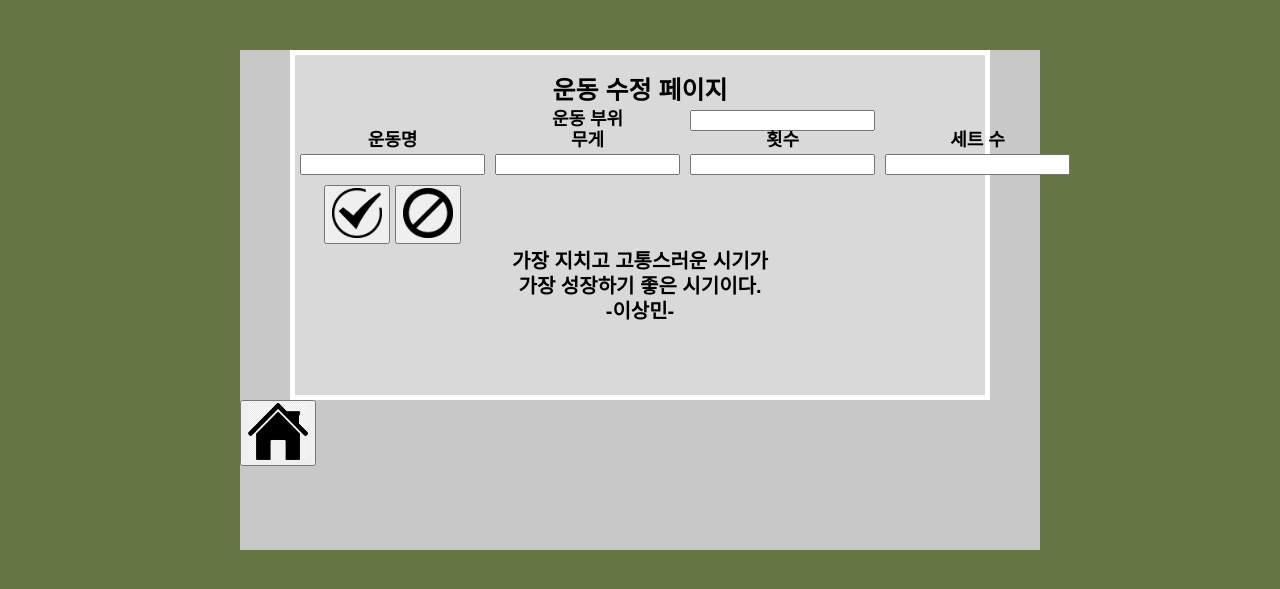
Repository: Up-Min/hrdkorea
Page: http://localhost/jsp_workout/wk_edit.jsp
These files come from the project's save history. The page is drawn as it stood at one moment and after the next save; the edit follows.
The browser window is 1280 px wide. The pictures show the whole page.
The page is served by Tomcat 9. Other server files are loaded and not shown. The template is opened directly, without the code that normally fills it, so the values that code supplies are empty.

Above is the page before, as saved 2022-12-31 07:38:35.

### jsp_workout/src/main/webapp/wk_edit.jsp
<%@ page language="java" contentType="text/html; charset=UTF-8"
    pageEncoding="UTF-8"%>
    <%@ taglib prefix="c" uri="http://java.sun.com/jsp/jstl/core"%>
<!DOCTYPE html>
<html style="background-color: #667643;">
<head>
<meta charset="UTF-8">
<title>Insert title here</title>
<link rel="stylesheet" href="./css/style.css" />
</head>
<style>




body{
width: 800px;
height : 500px;
margin: 0 auto;
}

.workout{

width: 700px;
	height : 350px;
	text-align: center;
	color: black;
	border: 5px solid white;
	margin: 0 auto;
	margin-top: 50px;
	font-size: 18px;
	background-color: #D9D9D9;
}

.title{
	font-size: 25px;
	line-height: 30px;
	padding: 5px;
	margin-top: 15px;
}

table{
	margin-top:10px;
	text-align: center;
	margin: 0 auto;

}

tr{
margin-top: 5px;
	padding: 5px;
}


td{
	padding: 5px;
}

.good{
	font-size: 20px;
	line-height: 25px;
}

</style>

<body>
	<%
	String num = request.getParameter("user_num");
	String wnum = request.getParameter("work_num");
	%>

	<div class="workout">
		<form action="update" method="post">
		<input type="hidden" name="user_num" value="${user_num}">
		<input type="hidden" name="wk_number" value="${workout.wk_number}">
		<input type="hidden" name="ex_number" value="${workout.ex_number}">
		<input type="hidden" name="user_id" value="${user_id}">
		<input type="hidden" name="user_pwd" value="${user_pwd}">
			<div class="day">
			<p class="title"> 운동 수정 페이지 </p>
				<table>
					<tr>
						<th> </th>
						<th>운동 부위 </th>
						<th><input type="text" name="wk_part" maxlength="20" value="${workout.wk_part}" readonly> </th>
						<th></th>
					</tr>
					<tr>
						<th>운동명</th>
						<th>무게</th>
						<th>횟수</th>
						<th>세트 수</th>
					</tr>
					<tr>
						<td><input type="text" name="ex_name" maxlength="40" value="${workout.ex_name}"></td>
						<td><input type="text" name="ex_weight" maxlength="20" value="${workout.ex_weight}"></td>
						<td><input type="text" name="ex_reps" maxlength="20" value="${workout.ex_reps}"></td>
						<td><input type="text" name="ex_sets" maxlength="20" value="${workout.ex_sets}"></td>
					</tr>
					<tr>
						<td colspan="1">
							<button type = "submit"><img alt="check" src="./img/check.png" width="50px"></button>
							<button onclick="chk_cancel(); return false;"> <img alt="나가기" src="./img/cancel.png" width="50px"> </button>
						</td>
					</tr>

				</table>
			</div>
		</form>
		<p class="good">
			가장 지치고 고통스러운 시기가 <br> 가장 성장하기 좋은 시기이다. <br>
			<b> -이상민- </b>
		</p>

	</div>

			<button onclick="location.href = 'signin?user_id=${user_id}&user_pwd=${user_pwd}'"> <img alt="홈으로" src="./img/home.png" width="60px"> </button>

	<script type="text/javascript" src="./script.js"></script>
</body>

</html>

### jsp_workout/src/main/webapp/css/style.css
@charset "UTF-8";
@import url('./reset.css');

* { box-sizing: border-box; }
.video-background {
  background: #000;
  position: fixed;
  top: 0; right: 0; bottom: 0; left: 0;
  z-index: -99;
}
.video-foreground,
.video-background iframe {
  position: absolute;
  top: 0;
  left: 0;
  width: 100%;
  height: 100%;
  pointer-events: none;
}
#vidtop-content {
    top: 0;
    color: #fff;
}
.vid-info { position: absolute; top: 0; right: 0; width: 33%; background: rgba(0,0,0,0.3); color: #fff; padding: 1rem; font-family: Avenir, Helvetica, sans-serif; }
.vid-info h1 { font-size: 2rem; font-weight: 700; margin-top: 0; line-height: 1.2; }
.vid-info a { display: block; color: #fff; text-decoration: none; background: rgba(0,0,0,0.5); transition: .6s background; border-bottom: none; margin: 1rem auto; text-align: center; }
@media all and (max-width: 600px) {
.vid-info { width: 50%; padding: .5rem; }
.vid-info h1 { margin-bottom: .2rem; }
}
@media all and (max-width: 500px) {
.vid-info .acronym { display: none; }
}

*,:after,:before{box-sizing:border-box}
.clearfix:after,.clearfix:before{content:'';display:table}
.clearfix:after{clear:both;display:block}
a{color:inherit;text-decoration:none}

.login-wrap{
  width:100%;
  margin:auto;
  max-width:525px;
  min-height:670px;
  position:relative;
  box-shadow:0 12px 15px 0 rgba(0,0,0,.24),0 17px 50px 0 rgba(0,0,0,.19);
}
.login-html{
  width:100%;
  height:100%;
  position:absolute;
  padding:90px 70px 50px 70px;
  background:rgba(40,57,101,.9);
}
.login-html .sign-in-htm,
.login-html .sign-up-htm{
  top:0;
  left:0;
  right:0;
  bottom:0;
  position:absolute;
  transform:rotateY(180deg);
  backface-visibility:hidden;
  transition:all .4s linear;
}
.login-html .sign-in,
.login-html .sign-up,
.login-form .group .check{
  display:none;
}
.login-html .tab,
.login-form .group .label,
.login-form .group .button{
  text-transform:uppercase;
}
.login-html .tab{
  font-size:22px;
  margin-right:15px;
  padding-bottom:5px;
  margin:0 15px 10px 0;
  display:inline-block;
  border-bottom:2px solid transparent;
}
.login-html .sign-in:checked + .tab,
.login-html .sign-up:checked + .tab{
  color:#fff;
  border-color:#1161ee;
}
.login-form{
  min-height:345px;
  position:relative;
  perspective:1000px;
  transform-style:preserve-3d;
}
.login-form .group{
  margin-bottom:15px;
}
.login-form .group .label,
.login-form .group .input,
.login-form .group .button{
  width:100%;
  color:#fff;
  display:block;
}
.login-form .group .input,
.login-form .group .button{
  border:none;
  padding:15px 20px;
  border-radius:25px;
  background:rgba(255,255,255,.1);
}
.login-form .group input[data-type="password"]{
  text-security:circle;
  -webkit-text-security:circle;
}
.login-form .group .label{
  color:#aaa;
  font-size:12px;
}
.login-form .group .button{
  background:#1161ee;
}
.login-form .group label .icon{
  width:15px;
  height:15px;
  border-radius:2px;
  position:relative;
  display:inline-block;
  background:rgba(255,255,255,.1);
}
.login-form .group label .icon:before,
.login-form .group label .icon:after{
  content:'';
  width:10px;
  height:2px;
  background:#fff;
  position:absolute;
  transition:all .2s ease-in-out 0s;
}
.login-form .group label .icon:before{
  left:3px;
  width:5px;
  bottom:6px;
  transform:scale(0) rotate(0);
}
.login-form .group label .icon:after{
  top:6px;
  right:0;
  transform:scale(0) rotate(0);
}
.login-form .group .check:checked + label{
  color:#fff;
}
.login-form .group .check:checked + label .icon{
  background:#1161ee;
}
.login-form .group .check:checked + label .icon:before{
  transform:scale(1) rotate(45deg);
}
.login-form .group .check:checked + label .icon:after{
  transform:scale(1) rotate(-45deg);
}
.login-html .sign-in:checked + .tab + .sign-up + .tab + .login-form .sign-in-htm{
  transform:rotate(0);
}
.login-html .sign-up:checked + .tab + .login-form .sign-up-htm{
  transform:rotate(0);
}

body{
  margin:0;
  color:#6a6f8c;
  background:#c8c8c8;
  font:600 16px/18px 'Open Sans',sans-serif;
}

.all{
	top : 100px;
	width: 800px;

}

ul{
	list-style: none;
}

tr:hover{
	cursor: pointer;
}

.hr{
  height:2px;
  margin:60px 0 50px 0;
  background:rgba(255,255,255,.2);
}
.foot-lnk{
  text-align:center;
}

### jsp_workout/src/main/webapp/script.js
/**
 *
 */

 function signup(){
	 var f = document.signup_form;

	 if(f.user_id == ''){
		 alert ("아이디를 입력해 주십시오.");
		 return false;
	 }
	 if(f.user_pwd == ''){
		 alert ("비밀번호를 입력해 주십시오.");
		 return false;
	 }
	 if(f.user_email == ''){
		 alert ("이메일 주소를 입력해 주십시오.");
		 return false;
	 }

	 alert("회원가입이 완료 되었습니다!");
	 f.submit();
 }

 function chk_form(){
	 var f = document.wk_insert;
	 f.submit();
 }

 function chk_cancel(user_id, user_pwd){
	 const result = confirm("하시던 운동을 취소하시겠습니까?");
	 if(result){
	 location.href = "/jsp_workout/main?user_id="+user_id +"&user_pwd="+user_pwd;
	 }else{
		 return false;
	 }
 }

### jsp_workout/src/main/webapp/css/reset.css
/* 홈페이지 초기화 reset.css */

/* http://meyerweb.com/eric/tools/css/reset/
   v2.0 | 20110126
   License: none (public domain)
*/

html, body, div, span, applet, object, iframe,
h1, h2, h3, h4, h5, h6, p, blockquote, pre,
a, abbr, acronym, address, big, cite, code,
del, dfn, em, img, ins, kbd, q, s, samp,
small, strike, strong, sub, sup, tt, var,
b, u, i, center,
dl, dt, dd, ol, ul, li,
fieldset, form, label, legend,
table, caption, tbody, tfoot, thead, tr, th, td,
article, aside, canvas, details, embed,
figure, figcaption, footer, header, hgroup,
menu, nav, output, ruby, section, summary,
time, mark, audio, video {
	margin: 0;
	padding: 0;
	border: 0;
	font-size: 100%;
	font: inherit;
	vertical-align: baseline;
	font-family: 'Jua', sans-serif;
}
/* HTML5 display-role reset for older browsers */
article, aside, details, figcaption, figure,
footer, header, hgroup, menu, nav, section {
	display: block;
}
body {
	line-height: 1;
}
ol, ul {
	list-style: none;
}
blockquote, q {
	quotes: none;
}
blockquote:before, blockquote:after,
q:before, q:after {
	content: '';
	content: none;
}
table {
	border-collapse: collapse;
	border-spacing: 0;
}

/* 추가 */

a { text-decoration: none !important;
	color: black;
}

header, footer, section {
	box-sizing:border-box;
}

iframe { /* 영상때문에 쓰임. 영상 크기 맞춰둠. */
	width: 100%;
}

After the next save:
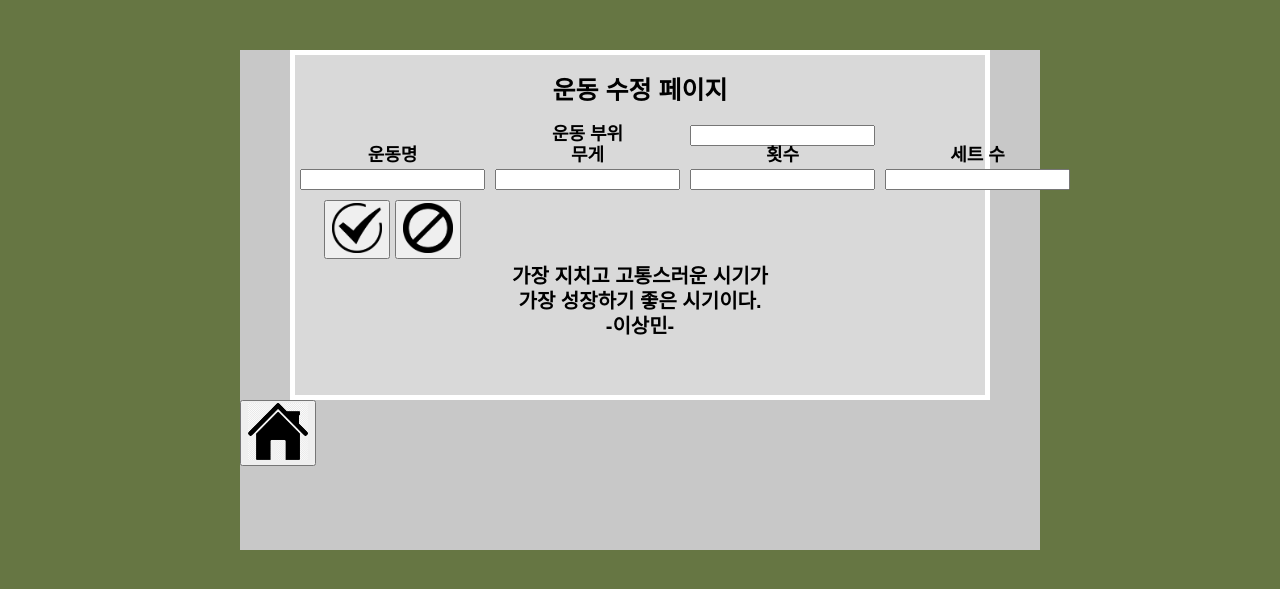
Saved 15 s later.
--- a/jsp_workout/src/main/webapp/wk_edit.jsp
+++ b/jsp_workout/src/main/webapp/wk_edit.jsp
@@ -37,6 +37,7 @@ width: 700px;
 	line-height: 30px;
 	padding: 5px;
 	margin-top: 15px;
+	margin-bottom: 15px;
 }
 
 table{
